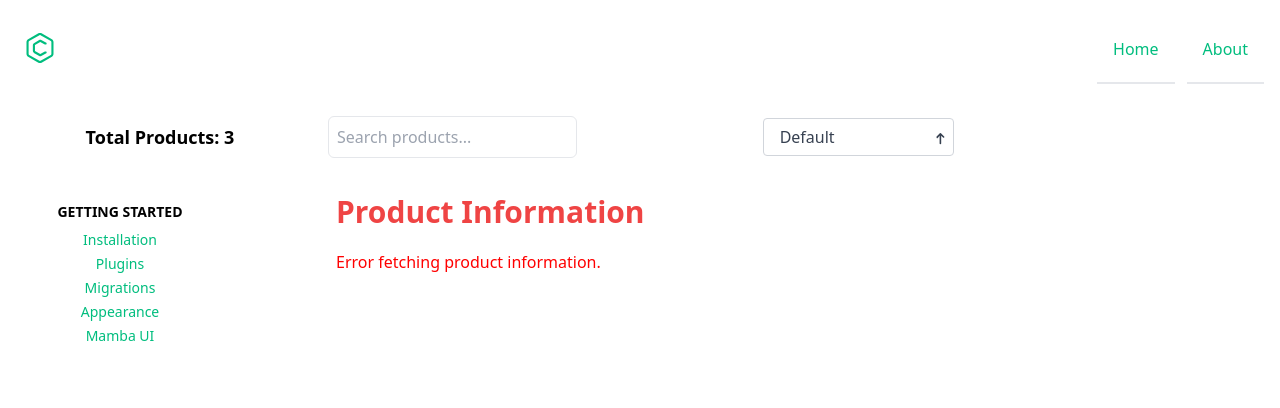
Repository: loktioncode/vectra-shop
Page: /
These files come from the project's save history. The page is drawn as it stood at one moment and after the next save; the edit follows.
The browser window is 1280 px wide. The pictures show the whole page.
The page's requests for data from a server got no answer. The project was rebuilt for these pictures with package versions that can differ from the ones it lists, and the page was loaded fresh each time. No one was signed in, and anything a server would have sent is missing. Also part of the build but not shown: vite.config.ts, src/components/ProductCard.vue. Imported but missing from the stored project, and not drawn on this page: src/components/Counter.vue.

Above is the page before, as saved 2023-09-20 16:06:03.

### src/assets/main.css
@tailwind base;
@tailwind components;
@tailwind utilities;

@import './base.css';

a,
.green {
  text-decoration: none;
  color: hsla(160, 100%, 37%, 1);
  transition: 0.4s;
}

@media (hover: hover) {
  a:hover {
    background-color: hsla(160, 100%, 37%, 0.2);
  }
}

### src/App.vue
<!-- <script setup lang="ts">
import { RouterLink, RouterView } from 'vue-router'
import HelloWorld from './components/HelloWorld.vue'
</script> -->

<template>
  <div class="app">

    <header class="p-4 dark:bg-gray-800 dark:text-gray-100">
      <div class="container flex justify-between h-16 mx-auto">
        <a rel="noopener noreferrer" href="#" aria-label="Back to homepage" class="flex items-center p-2">
          <svg xmlns="http://www.w3.org/2000/svg" fill="currentColor" viewBox="0 0 32 32"
            class="w-8 h-8 dark:text-violet-400">
            <path
              d="M27.912 7.289l-10.324-5.961c-0.455-0.268-1.002-0.425-1.588-0.425s-1.133 0.158-1.604 0.433l0.015-0.008-10.324 5.961c-0.955 0.561-1.586 1.582-1.588 2.75v11.922c0.002 1.168 0.635 2.189 1.574 2.742l0.016 0.008 10.322 5.961c0.455 0.267 1.004 0.425 1.59 0.425 0.584 0 1.131-0.158 1.602-0.433l-0.014 0.008 10.322-5.961c0.955-0.561 1.586-1.582 1.588-2.75v-11.922c-0.002-1.168-0.633-2.189-1.573-2.742zM27.383 21.961c0 0.389-0.211 0.73-0.526 0.914l-0.004 0.002-10.324 5.961c-0.152 0.088-0.334 0.142-0.53 0.142s-0.377-0.053-0.535-0.145l0.005 0.002-10.324-5.961c-0.319-0.186-0.529-0.527-0.529-0.916v-11.922c0-0.389 0.211-0.73 0.526-0.914l0.004-0.002 10.324-5.961c0.152-0.090 0.334-0.143 0.53-0.143s0.377 0.053 0.535 0.144l-0.006-0.002 10.324 5.961c0.319 0.185 0.529 0.527 0.529 0.916z">
            </path>
            <path
              d="M22.094 19.451h-0.758c-0.188 0-0.363 0.049-0.515 0.135l0.006-0.004-4.574 2.512-5.282-3.049v-6.082l5.282-3.051 4.576 2.504c0.146 0.082 0.323 0.131 0.508 0.131h0.758c0.293 0 0.529-0.239 0.529-0.531v-0.716c0-0.2-0.11-0.373-0.271-0.463l-0.004-0.002-5.078-2.777c-0.293-0.164-0.645-0.26-1.015-0.26-0.39 0-0.756 0.106-1.070 0.289l0.010-0.006-5.281 3.049c-0.636 0.375-1.056 1.055-1.059 1.834v6.082c0 0.779 0.422 1.461 1.049 1.828l0.009 0.006 5.281 3.049c0.305 0.178 0.67 0.284 1.061 0.284 0.373 0 0.723-0.098 1.027-0.265l-0.012 0.006 5.080-2.787c0.166-0.091 0.276-0.265 0.276-0.465v-0.716c0-0.293-0.238-0.529-0.529-0.529z">
            </path>
          </svg>
        </a>
        <ul class="items-stretch hidden space-x-3 md:flex">
          <RouterLink to="/" class="flex items-center px-4 -mb-1 border-b-2 dark:border-transparent">Home</RouterLink>
          <RouterLink to="/about" class="flex items-center px-4 -mb-1 border-b-2 dark:border-transparent">About
          </RouterLink>
        </ul>
        <button class="flex justify-end p-4 md:hidden">
          <svg xmlns="http://www.w3.org/2000/svg" fill="none" viewBox="0 0 24 24" stroke="currentColor" class="w-6 h-6">
            <path stroke-linecap="round" stroke-linejoin="round" stroke-width="2" d="M4 6h16M4 12h16M4 18h16"></path>
          </svg>
        </button>
      </div>
    </header>

    <RouterView />

  </div>
</template>

<style >
.app {
  text-align: center;
}
</style>

### src/views/HomeView.vue



<template>
  <Filters />

  <div class="flex">
    <!-- Left Sidebar for Filters -->
    <div class="w-1/4 ">
      <aside class="w-full p-6 sm:w-60 dark:bg-gray-900 dark:text-gray-100">
        <nav class="space-y-10 text-sm">
          <div class="space-y-2">
            <h2 class="text-sm font-semibold tracki uppercase dark:text-gray-400">Getting Started</h2>
            <div class="flex flex-col space-y-1">
              <a rel="noopener noreferrer" href="#">Installation</a>
              <a rel="noopener noreferrer" href="#">Plugins</a>
              <a rel="noopener noreferrer" href="#">Migrations</a>
              <a rel="noopener noreferrer" href="#">Appearance</a>
              <a rel="noopener noreferrer" href="#">Mamba UI</a>
            </div>
          </div>

        </nav>
      </aside>
    </div>

    <!-- Right Side for Product Information -->
    <div class="w-4/4 p-4">
      <h1 class="text-3xl text-red-500 font-bold mb-5">Product Information</h1>
      <Products />
    </div>
  </div>
</template>



<script setup lang="ts">
import Products from '@/components/Products.vue'
import Filters from '@/components/Filters.vue'

</script>

<style>
@media (min-width: 1024px) {
  .home {
    min-height: 100vh;
    align-items: center;
  }



}
</style>

### src/components/Products.vue
<template>
  <div class="flex">
    <div v-if="productStore.loading">Loading...</div>
    <div v-else>
      <div v-if="productStore.error" class="error-message">{{ productStore.error }}</div>
      <div class="px-10">
        <div class="grid grid-cols-4 gap-4">
          <ProductCard v-for="product in productStore.products" :key="product.id" :product="product" />
        </div>
      </div>
    </div>
  </div>
</template>

<script setup lang="ts">
import { onMounted } from 'vue';
import { useProductStore } from '@/stores/productStore';
import ProductCard from '@/components/ProductCard.vue';

const productStore = useProductStore();

async function fetchProductInfo() {
  const apiUrl = 'https://fakestoreapi.com/products'; // Replace with your actual API endpoint
  await productStore.fetchProductInfo(apiUrl);
}

onMounted(() => fetchProductInfo());
</script>

<style scoped>
.error-message {
  color: red;
}
</style>

### src/components/Filters.vue
<template>
    <div class="flex flex-row items-center space-y-2 md:space-y-0 md:space-x-2 w-full py-5">
      <!-- Product Count Display -->
      <div class="text-lg font-semibold mb-2 md:mb-0 w-3/12">
        Total Products: {{ filteredProducts.length }}
      </div>

      <!-- Search Form -->
      <div class="flex items-center  w-4/12 ">
        <label for="search" class="sr-only">Search</label>
        <input
          v-model="searchTerm"
          id="search"
          type="text"
          placeholder="Search products..."
          class="w-full md:w-auto border p-2 rounded-md focus:outline-none focus:ring focus:border-blue-300"
        />
        <button
          @click="clearSearch"
          v-if="searchTerm"
          class="text-red-500 hover:text-red-700 focus:outline-none"
        >
          Clear
        </button>
      </div>

      <!-- Sort Dropdown -->
      <div class="relative inline-block text-gray-700">
        <select
          v-model="selectedSortOption"
          class="block appearance-none w-full md:w-auto bg-white border border-gray-300 hover:border-gray-400 px-4 py-2 pr-8 rounded leading-tight focus:outline-none focus:ring"
        >
          <option value="default">Default</option>
          <option value="price-asc">Price (Low to High)</option>
          <option value="price-desc">Price (High to Low)</option>
          <!-- Add more sorting options as needed -->
        </select>
        <div class="pointer-events-none absolute inset-y-0 right-0 flex items-center px-2 text-gray-700">
          <svg
            class="fill-current h-4 w-4"
            xmlns="http://www.w3.org/2000/svg"
            viewBox="0 0 20 20"
          >
            <path
              d="M8.293 11.293a1 1 0 001.414 0L12 8.414V18a1 1 0 102 0V8.414l2.293 2.293a1 1 0 101.414-1.414l-4-4a1 1 0 00-1.414 0l-4 4a1 1 0 000 1.414z"
            />
          </svg>
        </div>
      </div>
    </div>
  </template>



<script setup lang="ts">
import { ref, computed } from 'vue';

// Sample product data (replace with your actual data)
const products = [
    { id: 1, name: 'Product 1', price: 20.0 },
    { id: 2, name: 'Product 2', price: 30.0 },
    { id: 3, name: 'Product 3', price: 15.0 },
    // Add more products as needed
];

const searchTerm = ref('');
const selectedSortOption = ref('default');

const clearSearch = () => {
    searchTerm.value = '';
};

const filteredProducts = computed(() => {
    let result = [...products];

    if (searchTerm.value) {
        result = result.filter(product =>
            product.name.toLowerCase().includes(searchTerm.value.toLowerCase())
        );
    }

    if (selectedSortOption.value === 'price-asc') {
        result.sort((a, b) => a.price - b.price);
    } else if (selectedSortOption.value === 'price-desc') {
        result.sort((a, b) => b.price - a.price);
    }

    return result;
});
</script>

### src/stores/productStore.ts
import { defineStore } from 'pinia';

interface Product {
    id: string;
    title: string;
    description: string;
    price: number;
}

export const useProductStore = defineStore({
    id: 'products',
    state: () => ({
        products: [] as Product[],
        loading: false,
        error: null as string | null,
    }),
    actions: {
        async fetchProductInfo(apiUrl: string) {
            try {
                this.loading = true;
                const response = await fetch(apiUrl);

                if (!response.ok) {
                    throw new Error('Network response was not ok');
                }

                this.products = await response.json();
                this.error = null;
            } catch (error) {
                this.error = 'Error fetching product information.';
                console.error(error);
            } finally {
                this.loading = false;
            }
        },
    },
    getters: {


    }
})

### tailwind.config.js
/** @type {import('tailwindcss').Config} */
module.exports = {
  content: [
    "./index.html",
    "./src/**/*.{vue,js,jsx,ts,tsx}",
  ],
  theme: {
    extend: {},
  },
  plugins: [],
}

Loaded but not shown: index.html (common file); src/main.ts (common file); src/router/index.ts (common file)

After the next save:
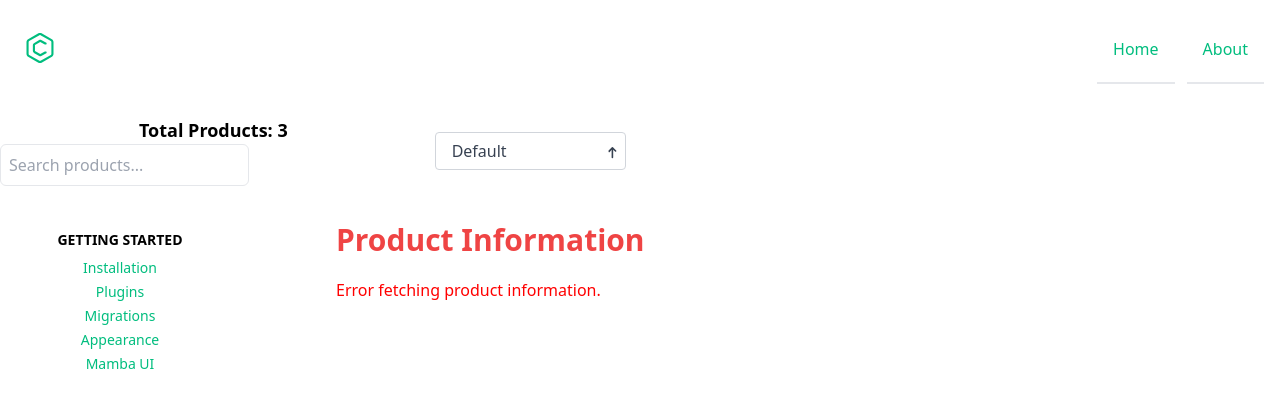
Saved 7 min 24 s later.
--- a/src/components/Filters.vue
+++ b/src/components/Filters.vue
@@ -1,54 +1,41 @@
 <template>
     <div class="flex flex-row items-center space-y-2 md:space-y-0 md:space-x-2 w-full py-5">
-      <!-- Product Count Display -->
-      <div class="text-lg font-semibold mb-2 md:mb-0 w-3/12">
-        Total Products: {{ filteredProducts.length }}
-      </div>
+        <div class="w-4/12">
+            <!-- Product Count Display -->
+            <div class="text-lg font-semibold mb-2 md:mb-0 ">
+                Total Products: {{ filteredProducts.length }}
+            </div>
 
-      <!-- Search Form -->
-      <div class="flex items-center  w-4/12 ">
-        <label for="search" class="sr-only">Search</label>
-        <input
-          v-model="searchTerm"
-          id="search"
-          type="text"
-          placeholder="Search products..."
-          class="w-full md:w-auto border p-2 rounded-md focus:outline-none focus:ring focus:border-blue-300"
-        />
-        <button
-          @click="clearSearch"
-          v-if="searchTerm"
-          class="text-red-500 hover:text-red-700 focus:outline-none"
-        >
-          Clear
-        </button>
-      </div>
+            <!-- Search Form -->
+            <div class="flex items-center  w-4/12 ">
+                <label for="search" class="sr-only">Search</label>
+                <input v-model="searchTerm" id="search" type="text" placeholder="Search products..."
+                    class="w-full md:w-auto border p-2 rounded-md focus:outline-none focus:ring focus:border-blue-300" />
+                <button @click="clearSearch" v-if="searchTerm" class="text-red-500 hover:text-red-700 focus:outline-none">
+                    Clear
+                </button>
+            </div>
+        </div>
 
-      <!-- Sort Dropdown -->
-      <div class="relative inline-block text-gray-700">
-        <select
-          v-model="selectedSortOption"
-          class="block appearance-none w-full md:w-auto bg-white border border-gray-300 hover:border-gray-400 px-4 py-2 pr-8 rounded leading-tight focus:outline-none focus:ring"
-        >
-          <option value="default">Default</option>
-          <option value="price-asc">Price (Low to High)</option>
-          <option value="price-desc">Price (High to Low)</option>
-          <!-- Add more sorting options as needed -->
-        </select>
-        <div class="pointer-events-none absolute inset-y-0 right-0 flex items-center px-2 text-gray-700">
-          <svg
-            class="fill-current h-4 w-4"
-            xmlns="http://www.w3.org/2000/svg"
-            viewBox="0 0 20 20"
-          >
-            <path
-              d="M8.293 11.293a1 1 0 001.414 0L12 8.414V18a1 1 0 102 0V8.414l2.293 2.293a1 1 0 101.414-1.414l-4-4a1 1 0 00-1.414 0l-4 4a1 1 0 000 1.414z"
-            />
-          </svg>
+
+        <!-- Sort Dropdown -->
+        <div class="relative inline-block text-gray-700">
+            <select v-model="selectedSortOption"
+                class="block appearance-none w-full md:w-auto bg-white border border-gray-300 hover:border-gray-400 px-4 py-2 pr-8 rounded leading-tight focus:outline-none focus:ring">
+                <option value="default">Default</option>
+                <option value="price-asc">Price (Low to High)</option>
+                <option value="price-desc">Price (High to Low)</option>
+                <!-- Add more sorting options as needed -->
+            </select>
+            <div class="pointer-events-none absolute inset-y-0 right-0 flex items-center px-2 text-gray-700">
+                <svg class="fill-current h-4 w-4" xmlns="http://www.w3.org/2000/svg" viewBox="0 0 20 20">
+                    <path
+                        d="M8.293 11.293a1 1 0 001.414 0L12 8.414V18a1 1 0 102 0V8.414l2.293 2.293a1 1 0 101.414-1.414l-4-4a1 1 0 00-1.414 0l-4 4a1 1 0 000 1.414z" />
+                </svg>
+            </div>
         </div>
-      </div>
     </div>
-  </template>
+</template>
 
 
 
